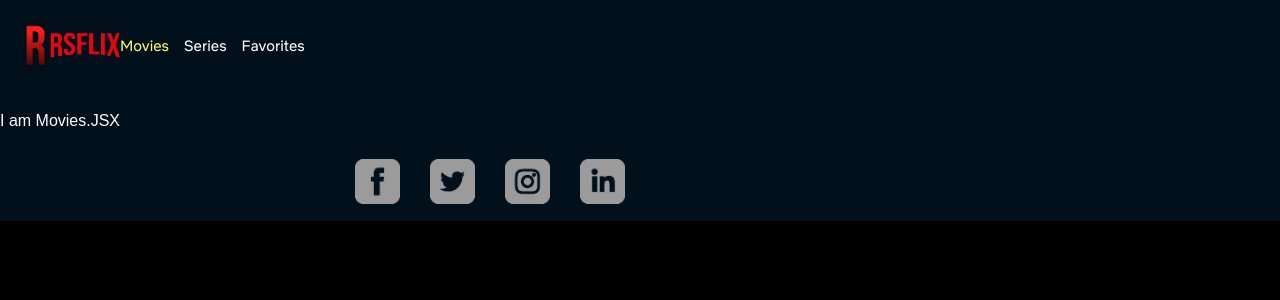
Repository: ronnysalas459/final_project_react
Page: /
These files come from the project's save history. The page is drawn as it stood at one moment and after the next save; the edit follows.
The browser window is 1280 px wide. The pictures show the whole page.
The project was rebuilt for these pictures with package versions that can differ from the ones it lists, and the page was loaded fresh each time. Also part of the build but not shown: src/containers/Series.jsx, src/containers/Favorites.jsx.

Above is the page before, as saved 2021-09-28 20:21:01.

### src/index.jsx
import React from "react";
import ReactDOM from "react-dom";
import { Provider } from "react-redux";
import { compose } from "redux";
import { createStore, applyMiddleware } from "redux";
import logger from "redux-logger";
import reducer from "./reducers";
import App from "./routes/App";

const initialState = {
  favoriteMovies: [],
  sectionActive: "Movies",
};

const composeEnhancers = window.__REDUX_DEVTOOLS_EXTENSION_COMPOSE__ || compose;

//store

const store = createStore(
  reducer,
  initialState,
  composeEnhancers(applyMiddleware(logger))
);

ReactDOM.render(
  <Provider store = { store }>
    <App />
  </Provider>,
  document.getElementById("root")
);

### src/reducers/index.js
const reducer = (state, action) => {
  switch (action.type) {
    case "SET_FAVORITE":
      return {
        ...state,
        favoriteMovies: [...state.favoriteMovies, action.payload],
      };
    case "DELETE_FAVORITE":
      return {
        ...state,
        favoriteMovies: state.favoriteMovies.filter(
          (items) => items.data.id !== action.payload
        ),
      };
    case "SET_SECTION":
      return {
        ...state,
        sectionActive: action.payload,
      };
    default:
      return state;
  }
};

export default reducer;

### src/routes/App.jsx
import React from "react";
import { BrowserRouter, Switch, Route } from "react-router-dom";
import "../assets/styles/App.scss";
import Movies from "../containers/Movies";
import Series from "../containers/Series";
import Favorites from "../containers/Favorites";
import Layout from "../components/Layout";

const App = () => (
  <BrowserRouter>
    <Layout>
      <Switch>
        <Route exact path="/favorites" component={Favorites} />
        <Route exact path="/series" component={Series} />
        <Route exact path="/" component={Movies} />
      </Switch>
    </Layout>
  </BrowserRouter>
);
export default App;

### src/assets/styles/App.scss
@import './Vars.scss';

@mixin colCenCen {
  display: flex;
  flex-direction: column;
  padding: 20px;
}

@mixin flexBetCen {
  display: flex;
  justify-content: space-between;
  align-items: center;
}

@mixin flexCenCen {
  display: flex;
  justify-content: center;
  align-items: center;
}

@mixin flexStaSta {
  display: flex;
  justify-content: flex-start;
  align-items: flex-start;
}

* {
  box-sizing: border-box;
}

a:link,
a:visited {
  color: inherit;
  text-decoration: none;
}

body {
  margin: 0;
  background-color: $dark-color;
  color: $light-color;
  font-family: $text-font;
}

h1,
h2,
h3,
h3,
h4,
h5,
h6 {
  color: $primary-color;
  font-family: $title-font;
}

figure {
  margin: 0;
  padding: 0;
}

section {
  min-height: calc(100vh - 300px);
}

### src/containers/Movies.jsx
import React from 'react'

const Movies = () => (
    <p>
        I am Movies.JSX
    </p>
)

export default Movies

### src/components/Layout.jsx
import React from 'react'
import "../assets/styles/components/Layout.scss";
import Footer from "./Footer";
import Header from "./Header";

const Layout = ({ children }) => (
    <div className="layout">
        <Header />
        { children }
        <Footer />
    </div>

);

export default Layout

### src/assets/styles/Vars.scss
@import '../fonts/style.scss';

//Fonts
$title-font: 'Netflix Sans Regular', 'Netflix Sans Bold';
$text-font: 'Source Sans Pro', sans-serif;

//Colors
$primary-color: #65fafb;
$secondary-color: #62c241;
$success-color: #faf76a;
$dark-color: #000000;
$light-color: #ffffff;
$danger-color: #fc859e;

### src/assets/fonts/style.scss
/* #### Generated By: http://www.cufonfonts.com #### */

    @font-face {
    font-family: 'Netflix Sans Regular';
    font-style: normal;
    font-weight: normal;
    src: local('Netflix Sans Regular'), url('NetflixSansRegular.woff') format('woff');
    }


    @font-face {
    font-family: 'Netflix Sans Icon';
    font-style: normal;
    font-weight: normal;
    src: local('Netflix Sans Icon'), url('NetflixSansIcon.woff') format('woff');
    }


    @font-face {
    font-family: 'Netflix Sans Thin';
    font-style: normal;
    font-weight: normal;
    src: local('Netflix Sans Thin'), url('NetflixSansThin.woff') format('woff');
    }


    @font-face {
    font-family: 'Netflix Sans Light';
    font-style: normal;
    font-weight: normal;
    src: local('Netflix Sans Light'), url('NetflixSansLight.woff') format('woff');
    }


    @font-face {
    font-family: 'Netflix Sans Medium';
    font-style: normal;
    font-weight: normal;
    src: local('Netflix Sans Medium'), url('NetflixSansMedium.woff') format('woff');
    }


    @font-face {
    font-family: 'Netflix Sans Bold';
    font-style: normal;
    font-weight: normal;
    src: local('Netflix Sans Bold'), url('NetflixSansBold.woff') format('woff');
    }


    @font-face {
    font-family: 'Netflix Sans Black';
    font-style: normal;
    font-weight: normal;
    src: local('Netflix Sans Black'), url('NetflixSansBlack.woff') format('woff');
    }

### src/assets/styles/components/Layout.scss
@import "../App.scss";

.layout {
  background: #000
    url(../../static/images/background.png) repeat top
    center;
  z-index: 0;
}

### src/components/Footer.jsx
import React from "react";
import logoFacebook from "../assets/static/icons/facebook.png";
import logoTwitter  from "../assets/static/icons/twitter.png";
import logoInstagram  from "../assets/static/icons/instagram.png";
import logoLinkedin  from "../assets/static/icons/linkedin.png";
import "../assets/styles/components/Footer.scss";

const Footer = () => (
  <footer className="footer">
    <div className="footer__made">
      <a
        className="option"
        href="https://www.facebook.com/ronny.salas.7"
        rel="noopener noreferrer"
        target="_blank"
      >
         <img src={logoFacebook} alt="logo" width="45" height="45"></img>
      </a>
      <a
        className="option"
        href="https://twitter.com/RonnySalas"
        rel="noopener noreferrer"
        target="_blank"
      >
        <img src={logoTwitter} alt="logo" width="45" height="45"></img>
      </a>
      <a
        className="option"
        href="https://www.instagram.com/rsalas459/?hl=es"
        rel="noopener noreferrer"
        target="_blank"
      >
        <img src={logoInstagram} alt="logo" width="45" height="45"></img>
      </a>
      <a
        className="option"
        href="https://www.linkedin.com/in/ronny-salas-2525ab13a"
        rel="noopener noreferrer"
        target="_blank"
      >
        <img src={logoLinkedin} alt="logo" width="45" height="45"></img>
      </a>
    </div>
  </footer>
);

export default Footer;

### src/components/Header.jsx
import React from "react";
import { Link } from "react-router-dom";
import { useSelector, useDispatch } from "react-redux";
import { setSection } from "../actions";
import "../assets/styles/components/Header.scss";
import Logo from "../assets/static/images/logo.png";

const Header = () => {
  const sectionActive = useSelector((state) => state.sectionActive);
  const dispatch = useDispatch();

  const handleSetSection = (section) => {
    dispatch(setSection(section));
  };
  return (
    <header className="header">
      <figure className="header__logo">
        <img className="header__logo-img" src={Logo} alt="Netflix" />
      </figure>
      <nav className="header__nav">
        <ul className="header__nav__options">
          <li
            onclick={() => handleSetSection("Movies")}
            className={`header__nav__options-item ${
              sectionActive === "Movies" ? "active" : ""
            }`}
          >
            <Link to="/">Movies</Link>
          </li>
          <li
            onClick={() => handleSetSection("Favorites")}
            className={`header__nav__options-item ${
              sectionActive === "Favorites" ? "active" : ""
            }`}
          >
            <Link to="/series">Series</Link>
                  </li>
                  <li
            onClick={() => handleSetSection("Favorites")}
            className={`header__nav__options-item ${
              sectionActive === "Favorites" ? "active" : ""
            }`}
          >
            <Link to="/favorites">Favorites</Link>
          </li>
        </ul>
      </nav>
    </header>
  );
};

export default Header;

### src/assets/styles/components/Footer.scss
@import '../App.scss';

.footer {
  @include flexBetCen;
  margin: 0 20px;
  height: 75px;
}

.footer__made {
  @include flexStaSta;
  width: 50%;
  height: 100%;
  display: flex;
  align-items: center;
  justify-content: flex-end;

  .option {
    padding: 10px 15px;
    cursor: pointer;
  }
}

.logo {
  display:flex;
  cursor: pointer;
  width: 45px;
  height: 45px;
  position: relative;
  top: -25px;
  left: 245px;
}

.logo-img {
  color: #00a9e6;

}

.footer__location {
  span {
    color: #14b600;
  }
}

### src/actions/index.js
export const setFavorite = (payload) => ({
  type: "SET_FAVORITE",
  payload,
});

export const deleteFavorite = (payload) => ({
  type: "DELETE_FAVORITE",
  payload,
});

export const setSection = (payload) => ({
  type: "SET_SECTION",
  payload,
});

### src/assets/styles/components/Header.scss
@import '../App.scss';

.header {
  @include colCenCen;
  display: flex;
  flex-direction: row;
}

.header__logo-img {
  width: 100px;
  height: auto;
}

.header__nav__options {
  @include flexCenCen;
  padding: 0;
}

.header__nav__options-item {
  margin-right: 15px;
  font-size: 15px;
  font-family: $title-font;
  list-style-type: none;
}

.header__nav__options-item.active {
  color: $success-color
}

.header__nav__options-item:last-child {
  margin-right: 0;
}

.header__nav__options-item:hover {
  cursor: pointer;
  color: $success-color;
}

Loaded but not shown: public/index.html (common file)

After the next save:
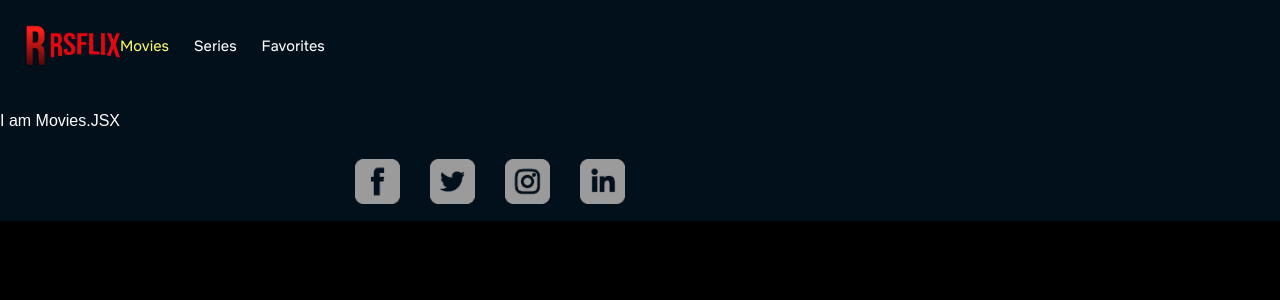
Saved 24 h 33 min later.
--- a/src/assets/styles/components/Header.scss
+++ b/src/assets/styles/components/Header.scss
@@ -17,7 +17,7 @@
 }
 
 .header__nav__options-item {
-  margin-right: 15px;
+  margin-right: 25px;
   font-size: 15px;
   font-family: $title-font;
   list-style-type: none;
